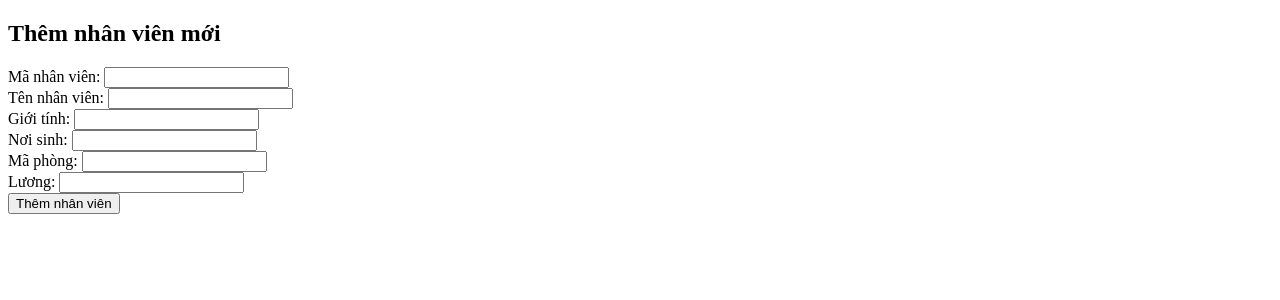
Repository: PhamHao1412/Kt_Giuaky_PHP
Page: http://localhost/add_employee.php
These files come from the project's save history. The page is drawn as it stood at one moment and after the next save; the edit follows.
The browser window is 1280 px wide. The pictures show the whole page.
The page is run by PHP 8.4 with error messages shown; the project is at /var/www/html/.

Above is the page before, as saved 2024-03-22 10:43:59.

### add_employee.php
<?php
require_once("config/db.class.php");
        require_once("entities/employee.class.php");

if ($_SERVER["REQUEST_METHOD"] == "POST") {
    $ma_nv = $_POST["ma_nv"];
    $ten_nv = $_POST["ten_nv"];
    $phai = $_POST["phai"];
    $noi_sinh = $_POST["noi_sinh"];
    $ma_phong = $_POST["ma_phong"];
    $luong = $_POST["luong"];

    $result = Employee::addEmployee($ma_nv, $ten_nv, $phai, $noi_sinh, $ma_phong, $luong);
    if ($result) {
        echo "Thêm nhân viên thành công!";
    } else {
        echo "Đã xảy ra lỗi khi thêm nhân viên!";
    }
}
?>

<!DOCTYPE html>
<html lang="en">
<head>
    <meta charset="UTF-8">
    <title>Add Employee</title>
</head>
<body>
    <h2>Thêm nhân viên mới</h2>
    <form method="post" action="<?php echo htmlspecialchars($_SERVER["PHP_SELF"]); ?>">
        Mã nhân viên: <input type="text" name="ma_nv"><br>
        Tên nhân viên: <input type="text" name="ten_nv"><br>
        Giới tính: <input type="text" name="phai"><br>
        Nơi sinh: <input type="text" name="noi_sinh"><br>
        Mã phòng: <input type="text" name="ma_phong"><br>
        Lương: <input type="text" name="luong"><br>
        <input type="submit" value="Thêm nhân viên">
    </form>
</body>
</html>

### config/db.class.php
<?php // IDEA:
class Db
{
    protected static $connection;

    public function connect()
    {
        if (!isset(self::$connection)) {
            $config = parse_ini_file("config.ini");
            self::$connection = new mysqli("localhost", $config["username"], $config["password"], $config["databasename"]);

            if (self::$connection->connect_error) {
                die("Connection failed: " . self::$connection->connect_error);
            }
        }

        return self::$connection;
    }

    public function query_execute($queryString)
    {
        $connection = $this->connect();
        $result = $connection->query($queryString);

        if ($result === false) {
            echo "Lỗi truy vấn: " . $connection->error;
            return false;
        }

        return $result;
    }

    public function select_to_array($queryString)
    {
        $rows = array();
        $result = $this->query_execute($queryString);

        if ($result === false) {
            return false;
        }

        while ($item = $result->fetch_assoc()) {
            $rows[] = $item;
        }

        return $rows;
    }
}
?>

### entities/employee.class.php
<?php
require_once("config/db.class.php");
class Employee {
    public $ma_nv;
    public $ten_nv;
    public $phai;
    public $noi_sinh;
    public $ma_phong;
    public $luong;

    public function __construct($ma_nv, $ten_nv, $phai, $noi_sinh, $ma_phong, $luong) {
        $this->ma_nv = $ma_nv;
        $this->ten_nv = $ten_nv;
        $this->phai = $phai;
        $this->noi_sinh = $noi_sinh;
        $this->ma_phong = $ma_phong;
        $this->luong = $luong;
    }

    public static function list_employee() {
        $db = new Db();
        $sql = "SELECT Ma_Nv, Ten_Nv, Phai, Noi_Sinh, Ten_Phong, Luong
                FROM nhanvien n, phongban p
                WHERE n.Ma_Phong = p.Ma_Phong ";
        $result = $db->select_to_array($sql);
        return $result;
    }
    public static function addEmployee($ma_nv, $ten_nv, $phai, $noi_sinh, $ma_phong, $luong) {
    $db = new Db();
    $sql = "INSERT INTO nhanvien (Ma_Nv, Ten_Nv, Phai, Noi_Sinh, Ma_Phong, Luong)
            VALUES ('$ma_nv', '$ten_nv', '$phai', '$noi_sinh', '$ma_phong', '$luong')";
    $result = $db->query_execute($sql);
    return $result;
}

public static function getEmployeeById($id) {
    $db = new Db();
    $sql = "SELECT Ma_Nv, Ten_Nv, Phai, Noi_Sinh, Ma_Phong, Luong
            FROM nhanvien
            WHERE Ma_Nv = '$id'";
    $result = $db->select_to_array($sql);
    return isset($result[0]) ? $result[0] : null;
}

public static function updateEmployee($ma_nv, $ten_nv, $phai, $noi_sinh, $ma_phong, $luong) {
    $db = new Db();
    $sql = "UPDATE nhanvien
            SET Ten_Nv = '$ten_nv', Phai = '$phai', Noi_Sinh = '$noi_sinh', Ma_Phong = '$ma_phong', Luong = '$luong'
            WHERE Ma_Nv = '$ma_nv'";
    $result = $db->query_execute($sql);
    return $result;
}


public static function deleteEmployee($ma_nv) {
    $db = new Db();
    $sql = "DELETE FROM nhanvien WHERE Ma_Nv = '$ma_nv'";
    $result = $db->query_execute($sql);
    return $result;
}
public static function list_employee_paged($records_per_page, $offset) {
    $db = new Db();
    $sql = "SELECT Ma_Nv, Ten_Nv, Phai, Noi_Sinh, Ten_Phong, Luong
            FROM nhanvien n, phongban p
            WHERE n.Ma_Phong = p.Ma_Phong
            LIMIT $records_per_page
            OFFSET $offset";
    $result = $db->select_to_array($sql);
    return $result;
}


}

After the next save:
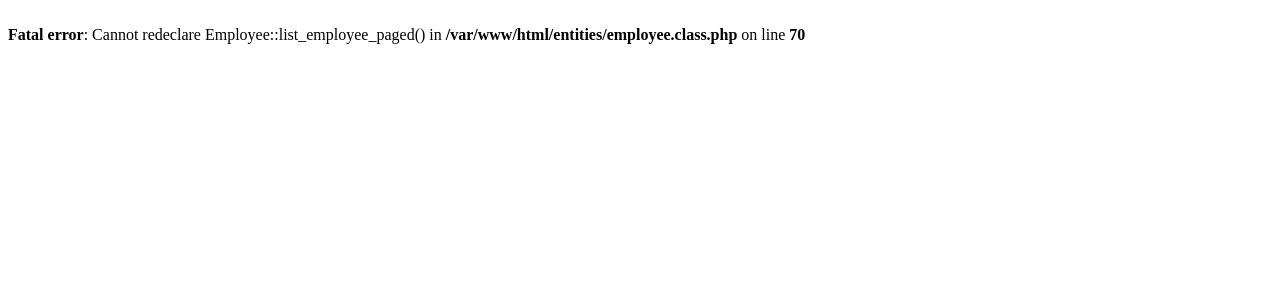
Saved 40 s later.
--- a/entities/employee.class.php
+++ b/entities/employee.class.php
@@ -25,6 +25,22 @@
         $result = $db->select_to_array($sql);
         return $result;
     }
+     public static function list_employee_paged($start, $limit) {
+        $db = new Db();
+        $sql = "SELECT Ma_Nv, Ten_Nv, Phai, Noi_Sinh, Ten_Phong, Luong
+                FROM nhanvien n, phongban p
+                WHERE n.Ma_Phong = p.Ma_Phong
+                LIMIT $start, $limit";
+        $result = $db->select_to_array($sql);
+        return $result;
+    }
+
+    public static function count_employees() {
+        $db = new Db();
+        $sql = "SELECT COUNT(*) as count FROM nhanvien";
+        $result = $db->select_to_array($sql);
+        return $result[0]['count'];
+    }
     public static function addEmployee($ma_nv, $ten_nv, $phai, $noi_sinh, $ma_phong, $luong) {
     $db = new Db();
     $sql = "INSERT INTO nhanvien (Ma_Nv, Ten_Nv, Phai, Noi_Sinh, Ma_Phong, Luong)
@@ -33,14 +49,7 @@
     return $result;
 }
 
-public static function getEmployeeById($id) {
-    $db = new Db();
-    $sql = "SELECT Ma_Nv, Ten_Nv, Phai, Noi_Sinh, Ma_Phong, Luong
-            FROM nhanvien
-            WHERE Ma_Nv = '$id'";
-    $result = $db->select_to_array($sql);
-    return isset($result[0]) ? $result[0] : null;
-}
+
 
 public static function updateEmployee($ma_nv, $ten_nv, $phai, $noi_sinh, $ma_phong, $luong) {
     $db = new Db();

After the save that followed:
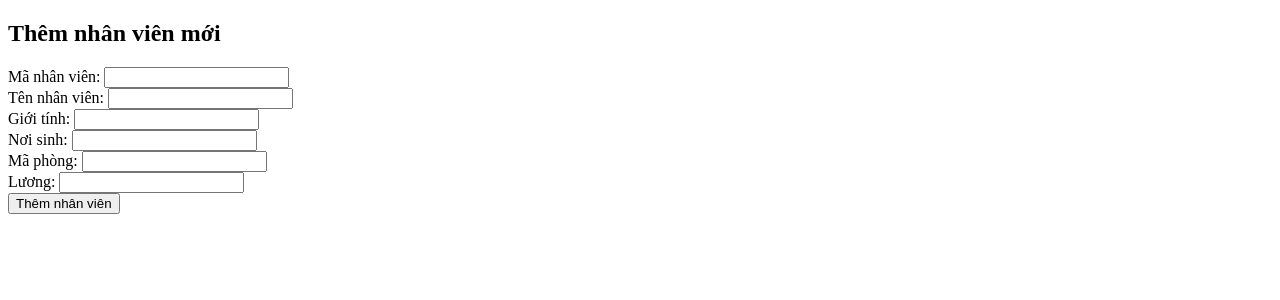
Saved 12 s later.
--- a/entities/employee.class.php
+++ b/entities/employee.class.php
@@ -67,16 +67,7 @@
     $result = $db->query_execute($sql);
     return $result;
 }
-public static function list_employee_paged($records_per_page, $offset) {
-    $db = new Db();
-    $sql = "SELECT Ma_Nv, Ten_Nv, Phai, Noi_Sinh, Ten_Phong, Luong
-            FROM nhanvien n, phongban p
-            WHERE n.Ma_Phong = p.Ma_Phong
-            LIMIT $records_per_page
-            OFFSET $offset";
-    $result = $db->select_to_array($sql);
-    return $result;
-}
+
 
 
 }
